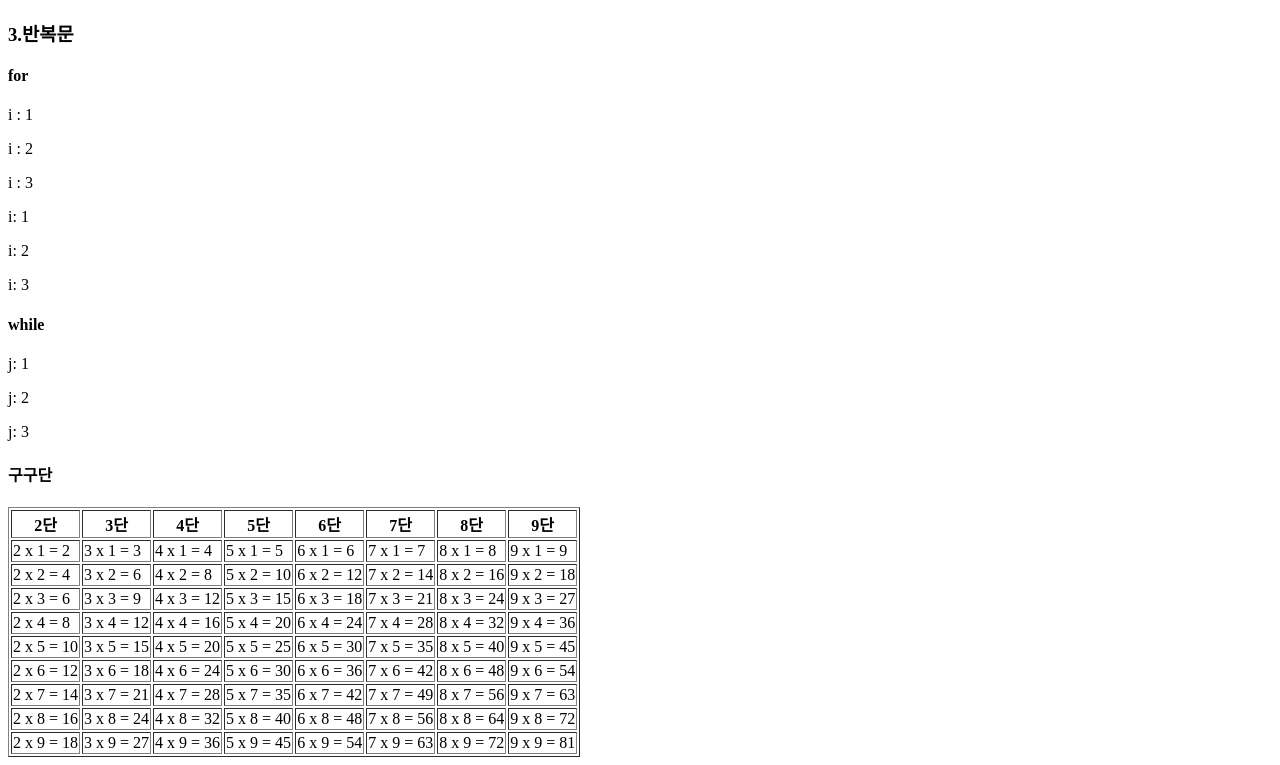
Repository: yun-setenforce/JSP
Page: http://localhost/Ch02/3_loop.jsp
An editor plug-in stored every save of this project. The page is shown before and after the next save, followed by the edit.
The browser window is 1280 px wide. The pictures show the whole page.
The page is served by Tomcat 9.

Above is the page before, as saved 2023-07-24 02:31:42.

After the next save:
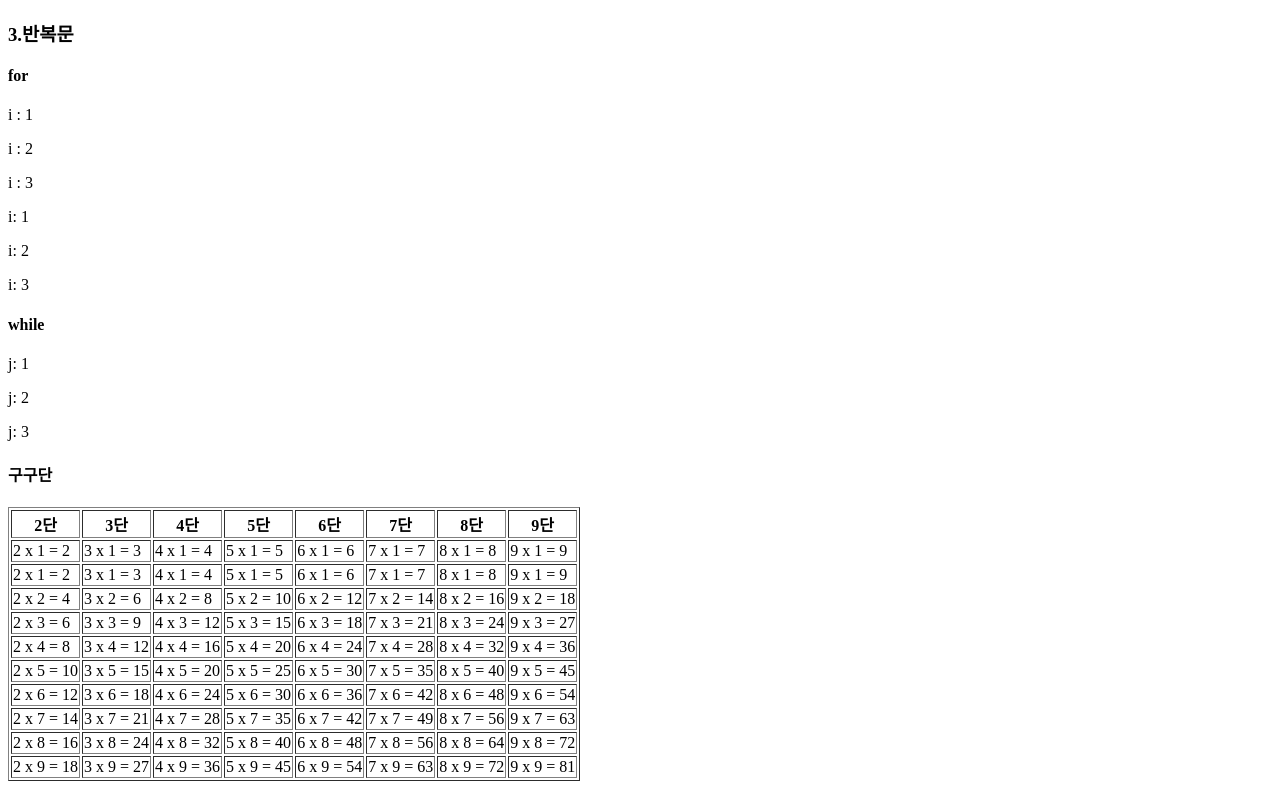
Saved 22 s later.
--- a/Ch02/src/main/webapp/3_loop.jsp
+++ b/Ch02/src/main/webapp/3_loop.jsp
@@ -58,7 +58,7 @@
 				<td>9 x 1 = 9</td>
 			</tr>
 			<%
-			for(int a=2;a<10;a++){
+			for(int a=1;a<10;a++){
 			%>
 			<tr>
 			<%

After the save that followed:
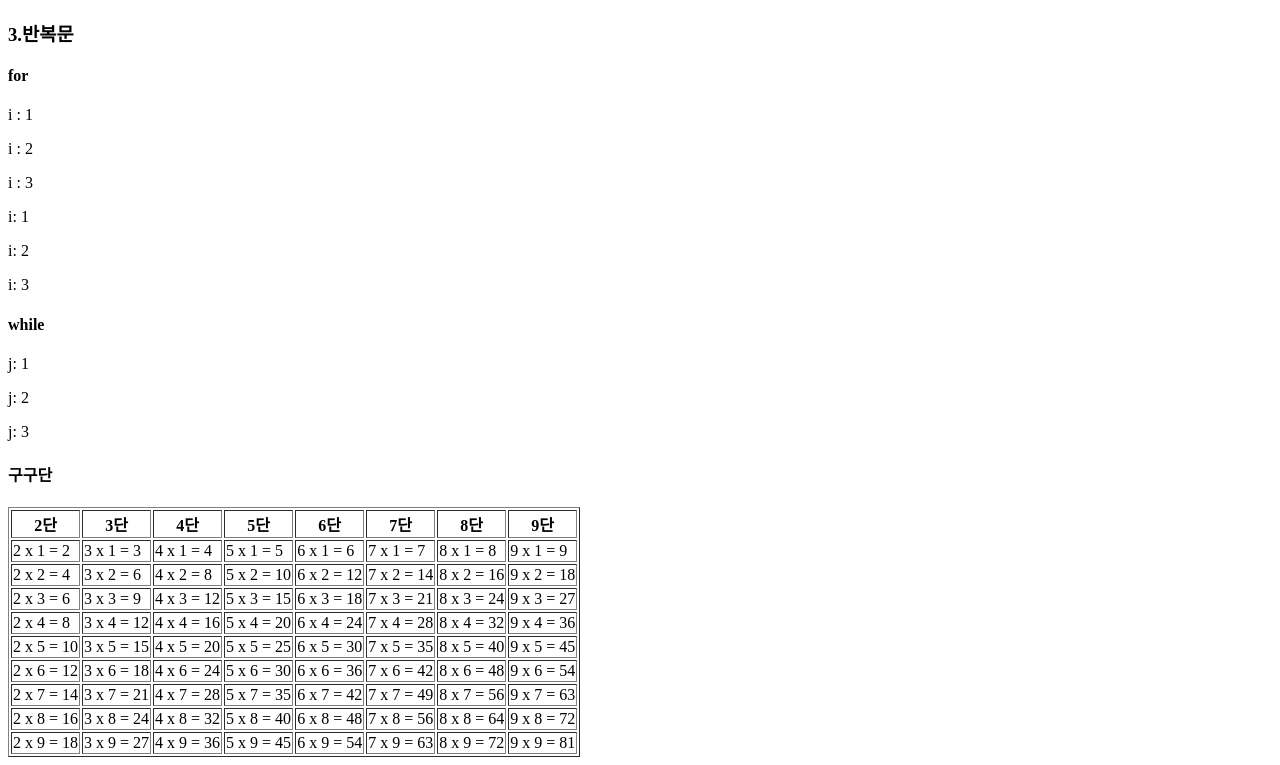
Saved 3 s later.
--- a/Ch02/src/main/webapp/3_loop.jsp
+++ b/Ch02/src/main/webapp/3_loop.jsp
@@ -47,16 +47,6 @@
 				<th>8단</th>
 				<th>9단</th>
 			</tr>
-			<tr>
-				<td>2 x 1 = 2</td>
-				<td>3 x 1 = 3</td>
-				<td>4 x 1 = 4</td>
-				<td>5 x 1 = 5</td>
-				<td>6 x 1 = 6</td>
-				<td>7 x 1 = 7</td>
-				<td>8 x 1 = 8</td>
-				<td>9 x 1 = 9</td>
-			</tr>
 			<%
 			for(int a=1;a<10;a++){
 			%>
